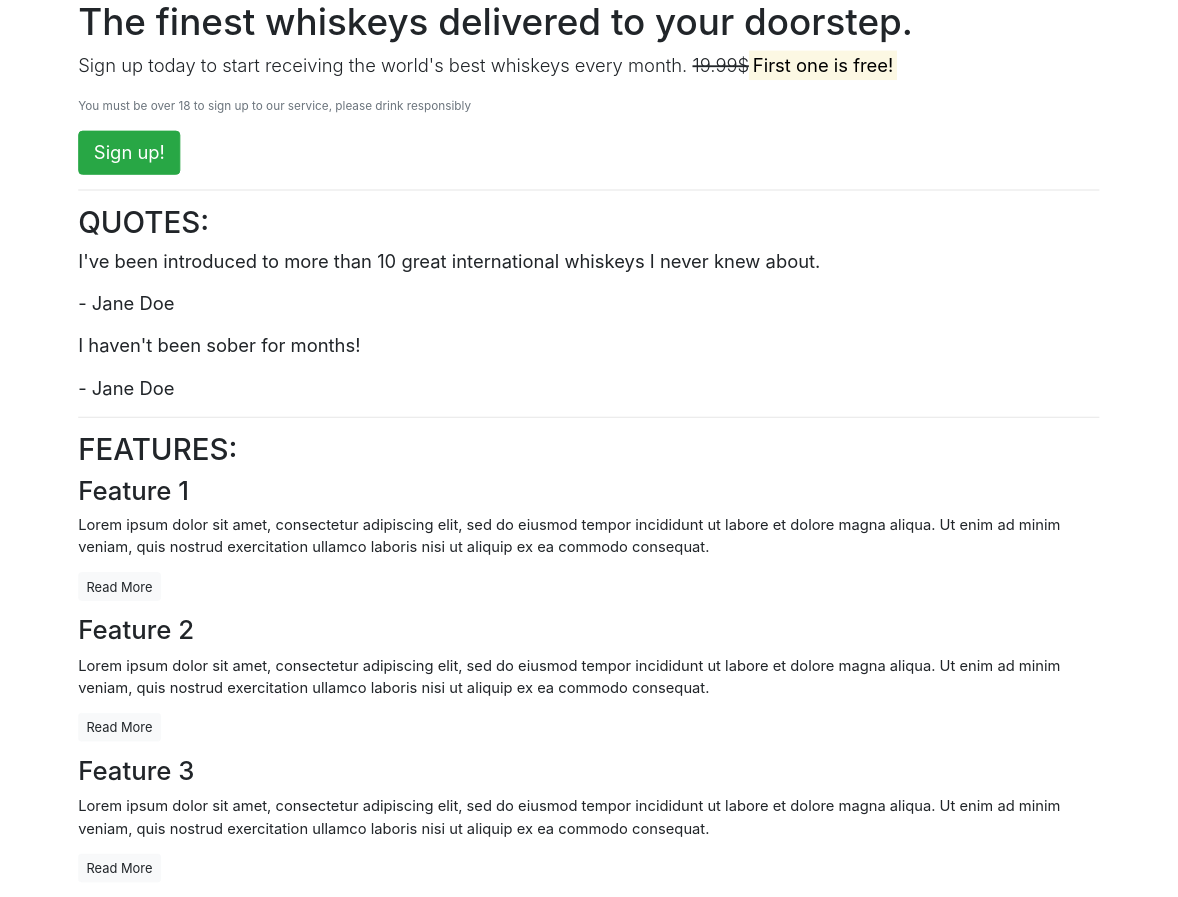
Repository: cipsim/bootstrap2.0
Page: index.html
The author's editor kept a record of every edit. The page is drawn from the files as they stood at one moment, then again after the next edit.
The browser window is 1280 px wide. The pictures show the whole page, at 92% of full size.

Above is the page before.

After the next edit:
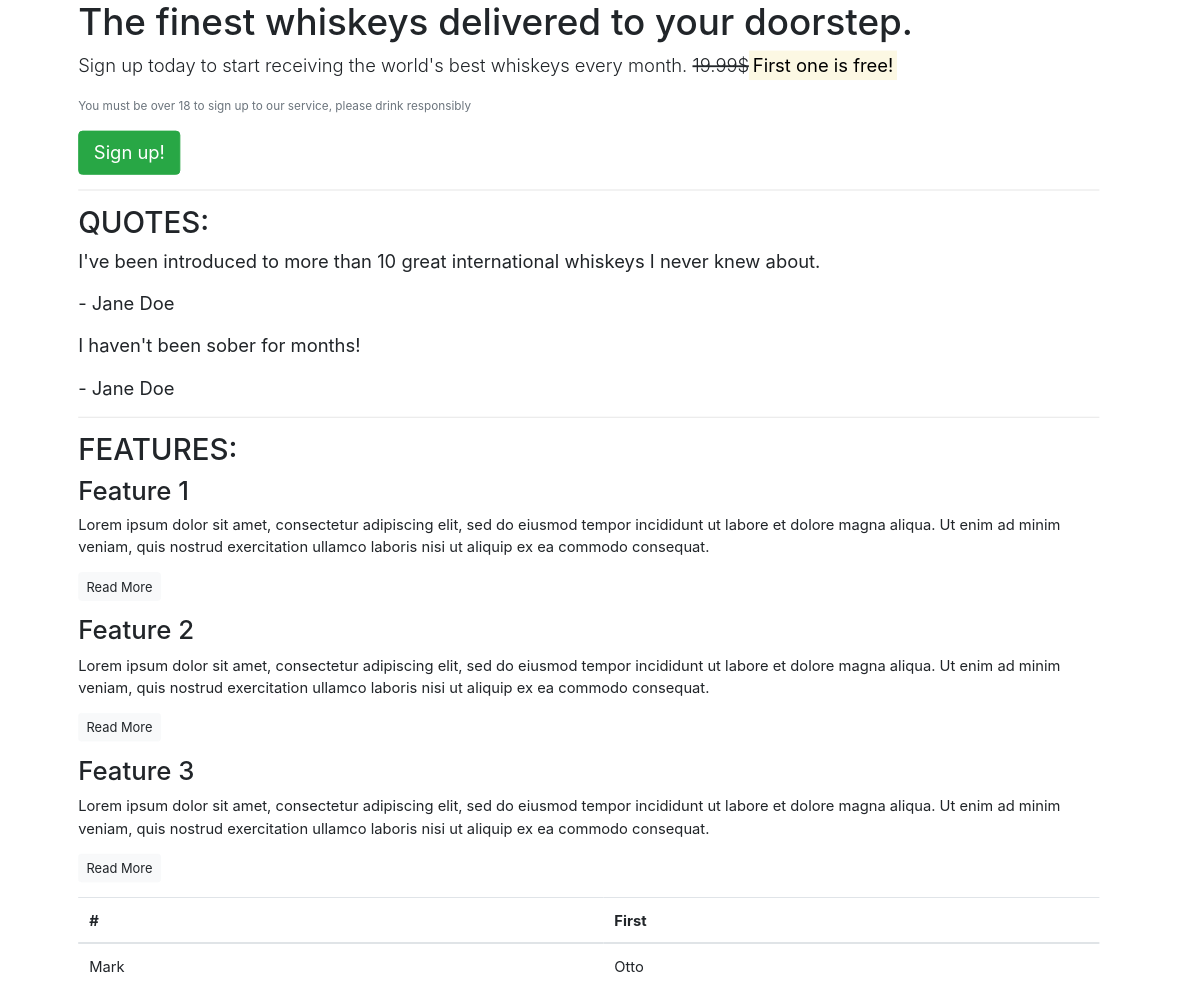
The edit:
--- a/index.html
+++ b/index.html
@@ -56,6 +56,20 @@
             </div>
         </section>
         <!-- /.features -->
+        <!--Table-->
+        <section class="table">
+            <table class="table">
+  <thead>
+    <tr>
+      <th scope="col">#</th>
+      <th scope="col">First</th>
+       </tr>
+          </thead>
+          <tbody>
+    <tr>
+        <td>Mark</td>
+      <td>Otto</td>
+            </section>
     </article>
 </body>
 
